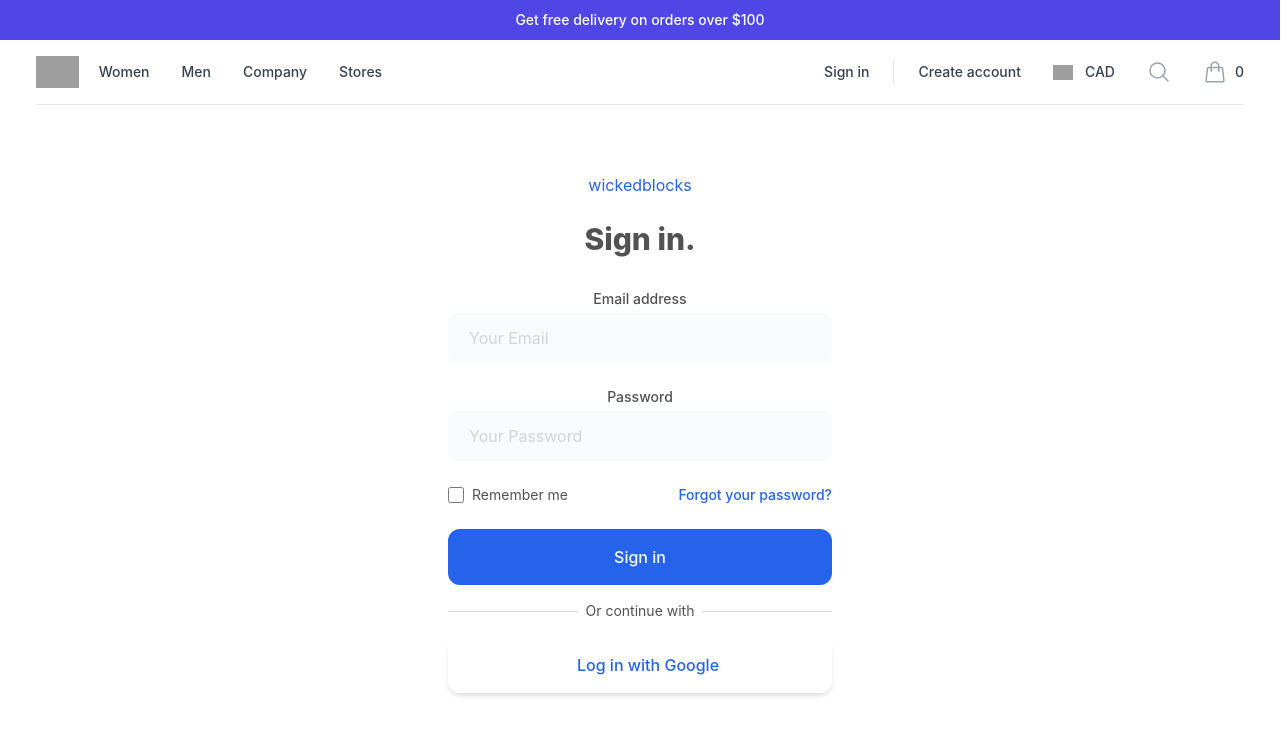
Repository: mehedi9465/Maiden_Wears
Page: /login
An editor plug-in stored every save of this project. The page is shown before and after the next save, followed by the edit.
The browser window is 1280 px wide. The page is 1280 px wide, then 1288 px, so the pictures cover 1288 px, including what lies to the right of the window. The pictures show the whole page.
Pictures or frames that could not be fetched are drawn as grey boxes. The page's requests for data from a server got no answer. The project was rebuilt for these pictures with package versions that can differ from the ones it lists, and the page was loaded fresh each time. No one was signed in, and anything a server would have sent is missing. Also part of the build but not shown: src/Components/Home/Promo/Promo.js, src/Components/Home/NewArrivals/NewArrivals.js, src/Components/Home/Brands/Brands.js, src/Components/Home/Home/Home.js, src/Components/Authentication/Register/Register.js, src/Components/Products/Products.js.

Above is the page before, as saved 2022-12-29 19:45:36.

### src/App.js
import logo from "./logo.svg";
import "./App.css";
import Navigation from "./Components/Home/Navigation/Navigation";
import Promo from "./Components/Home/Promo/Promo";
import NewArrivals from "./Components/Home/NewArrivals/NewArrivals";
import Brands from "./Components/Home/Brands/Brands";
import Home from "./Components/Home/Home/Home";
import AuthProvider from "./Components/Authentication/context/AuthProvider";
import {
  BrowserRouter,
  BrowserRouter as Router,
  Route,
  Routes,
  useLocation,
} from "react-router-dom";
import Login from "./Components/Authentication/Login/Login";
import Register from "./Components/Authentication/Register/Register";
import Products from "./Components/Products/Products";

function App() {
  return (
    <div className="App">
      <Router>
        <AuthProvider>
          <Navigation />
          <Routes>
            <Route exact path="/" element={<Home />} />
            <Route exact path="/:routeId" element={<Products />} />
            <Route exact path="/login" element={<Login />} />
            <Route exact path="/register" element={<Register />} />
          </Routes>
        </AuthProvider>
      </Router>
    </div>
  );
}

export default App;

### src/Components/Home/Navigation/Navigation.js
import React from "react";
import { Fragment, useState } from "react";
import { Dialog, Transition } from "@headlessui/react";
import { Link } from "react-router-dom";
import {
  Bars3Icon,
  MagnifyingGlassIcon,
  ShoppingBagIcon,
  XMarkIcon,
} from "@heroicons/react/24/outline";

const pages = [
  { name: "women", href: "#" },
  { name: "men", href: "#" },
  { name: "company", href: "#" },
  { name: "stores", href: "#" },
];

const Navigation = () => {
  const [open, setOpen] = useState(false);

  return (
    <div className="bg-white">
      {/* Mobile menu */}
      <Transition.Root show={open} as={Fragment}>
        <Dialog as="div" className="relative z-40 lg:hidden" onClose={setOpen}>
          <Transition.Child
            as={Fragment}
            enter="transition-opacity ease-linear duration-300"
            enterFrom="opacity-0"
            enterTo="opacity-100"
            leave="transition-opacity ease-linear duration-300"
            leaveFrom="opacity-100"
            leaveTo="opacity-0"
          >
            <div className="fixed inset-0 bg-black bg-opacity-25" />
          </Transition.Child>

          <div className="fixed inset-0 z-40 flex">
            <Transition.Child
              as={Fragment}
              enter="transition ease-in-out duration-300 transform"
              enterFrom="-translate-x-full"
              enterTo="translate-x-0"
              leave="transition ease-in-out duration-300 transform"
              leaveFrom="translate-x-0"
              leaveTo="-translate-x-full"
            >
              <Dialog.Panel className="relative flex w-full max-w-xs flex-col overflow-y-auto bg-white pb-12 shadow-xl">
                <div className="flex px-4 pt-5 pb-2">
                  <button
                    type="button"
                    className="-m-2 inline-flex items-center justify-center rounded-md p-2 text-gray-400"
                    onClick={() => setOpen(false)}
                  >
                    <span className="sr-only">Close menu</span>
                    <XMarkIcon className="h-6 w-6" aria-hidden="true" />
                  </button>
                </div>

                <div className="space-y-6 border-t border-gray-200 py-6 px-4">
                  {pages.map((page) => (
                    <div key={page.name} className="flow-root ">
                      <Link
                        to={`/${page}`}
                        className="-m-2 block p-2 font-medium text-gray-900"
                      >
                        <span className="capitalize">{page.name}</span>
                      </Link>
                    </div>
                  ))}
                </div>

                <div className="space-y-6 border-t border-gray-200 py-6 px-4">
                  <div className="flow-root">
                    <Link
                      to="/login"
                      className="-m-2 block p-2 font-medium text-gray-900"
                    >
                      Sign in
                    </Link>
                  </div>
                  <div className="flow-root">
                    <Link
                      to="/register"
                      className="-m-2 block p-2 font-medium text-gray-900"
                    >
                      Create account
                    </Link>
                  </div>
                </div>

                <div className="border-t border-gray-200 py-6 px-4">
                  <a href="#" className="-m-2 flex items-center p-2">
                    <img
                      src="https://tailwindui.com/img/flags/flag-canada.svg"
                      alt=""
                      className="block h-auto w-5 flex-shrink-0"
                    />
                    <span className="ml-3 block text-base font-medium text-gray-900">
                      CAD
                    </span>
                    <span className="sr-only">, change currency</span>
                  </a>
                </div>
              </Dialog.Panel>
            </Transition.Child>
          </div>
        </Dialog>
      </Transition.Root>

      {/* Mobile Menu  */}

      <header className="relative bg-white">
        <p className="flex h-10 items-center justify-center bg-indigo-600 px-4 text-sm font-medium text-white sm:px-6 lg:px-8">
          Get free delivery on orders over $100
        </p>

        <nav
          aria-label="Top"
          className="mx-auto max-w-7xl px-4 sm:px-6 lg:px-9"
        >
          <div className="border-b border-gray-200">
            <div className="flex h-16 items-center">
              <button
                type="button"
                className="rounded-md bg-white p-2 text-gray-400 lg:hidden"
                onClick={() => setOpen(true)}
              >
                <span className="sr-only">Open menu</span>
                <Bars3Icon className="h-6 w-6" aria-hidden="true" />
              </button>

              {/* Logo */}
              <div className="ml-4 flex lg:ml-0">
                <Link to="/">
                  <img
                    className="h-8 w-auto mr-5"
                    src="https://tailwindui.com/img/logos/mark.svg?color=indigo&shade=600"
                    alt=""
                  />
                </Link>
              </div>

              {/* Flyout menus */}
              <div className="flex h-full space-x-8">
                {pages.map((page) => (
                  <Link
                    to={`/${page}`}
                    key={page.name}
                    href={page.href}
                    className="flex items-center text-sm font-medium text-gray-700 hover:text-gray-800"
                  >
                    <span className="capitalize">{page.name}</span>
                  </Link>
                ))}
              </div>

              <div className="ml-auto flex items-center">
                <div className="hidden lg:flex lg:flex-1 lg:items-center lg:justify-end lg:space-x-6">
                  <Link
                    to="/login"
                    className="text-sm font-medium text-gray-700 hover:text-gray-800"
                  >
                    Sign in
                  </Link>
                  <span className="h-6 w-px bg-gray-200" aria-hidden="true" />
                  <Link
                    to="/register"
                    className="text-sm font-medium text-gray-700 hover:text-gray-800"
                  >
                    Create account
                  </Link>
                </div>

                <div className="hidden lg:ml-8 lg:flex">
                  <a
                    href="#"
                    className="flex items-center text-gray-700 hover:text-gray-800"
                  >
                    <img
                      src="https://tailwindui.com/img/flags/flag-canada.svg"
                      alt=""
                      className="block h-auto w-5 flex-shrink-0"
                    />
                    <span className="ml-3 block text-sm font-medium">CAD</span>
                    <span className="sr-only">, change currency</span>
                  </a>
                </div>

                {/* Search */}
                <div className="flex lg:ml-6">
                  <a href="#" className="p-2 text-gray-400 hover:text-gray-500">
                    <span className="sr-only">Search</span>
                    <MagnifyingGlassIcon
                      className="h-6 w-6"
                      aria-hidden="true"
                    />
                  </a>
                </div>

                {/* Cart */}
                <div className="ml-4 flow-root lg:ml-6">
                  <a href="#" className="group -m-2 flex items-center p-2">
                    <ShoppingBagIcon
                      className="h-6 w-6 flex-shrink-0 text-gray-400 group-hover:text-gray-500"
                      aria-hidden="true"
                    />
                    <span className="ml-2 text-sm font-medium text-gray-700 group-hover:text-gray-800">
                      0
                    </span>
                    <span className="sr-only">items in cart, view bag</span>
                  </a>
                </div>
              </div>
            </div>
          </div>
        </nav>
      </header>
      {/* Big Screen menu */}
    </div>
  );
};

export default Navigation;

### src/Components/Authentication/context/AuthProvider.js
import React, { createContext } from 'react';
import useFirebase from '../hooks/useFirebase';

export const AuthContext = createContext();

const AuthProvider = ({ children }) => {
    const allContext = useFirebase();
    return (
        <AuthContext.Provider value={allContext}>
            { children }
        </AuthContext.Provider>
    );
};

export default AuthProvider;

### src/Components/Authentication/Login/Login.js
import React from "react";

const Login = () => {
  return (
    <div>
      <section class=" overflow-hidden">
    <div class="flex min- overflow-hidden flex justify-center mt-5">
        <div class="flex flex-col justify-center flex-1 px-4 py-12 overflow-hidden sm:px-6 lg:flex-none lg:px-20 xl:px-24">
            <div class="w-full max-w-xl mx-auto lg:w-96">
                <div>
                    <a href="./index.html" class="text-blue-600 text-medium">wickedblocks</a>
                    <h2 class="mt-6 text-3xl font-extrabold text-neutral-600">Sign in.</h2>
                </div>

                <div class="mt-8">
                    <div class="mt-6">
                        <form action="#" method="POST" class="space-y-6">
                            <div>
                                <label for="email" class="block text-sm font-medium text-neutral-600"> Email address </label>
                                <div class="mt-1">
                                    <input id="email" name="email" type="email" autocomplete="email" required="" placeholder="Your Email" class="block w-full px-5 py-3 text-base text-neutral-600 placeholder-gray-300 transition duration-500 ease-in-out transform border border-transparent rounded-lg bg-gray-50 focus:outline-none focus:border-transparent focus:ring-2 focus:ring-white focus:ring-offset-2 focus:ring-offset-gray-300"/>
                                </div>
                            </div>

                            <div class="space-y-1">
                                <label for="password" class="block text-sm font-medium text-neutral-600"> Password </label>
                                <div class="mt-1">
                                    <input id="password" name="password" type="password" autocomplete="current-password" required="" placeholder="Your Password" class="block w-full px-5 py-3 text-base text-neutral-600 placeholder-gray-300 transition duration-500 ease-in-out transform border border-transparent rounded-lg bg-gray-50 focus:outline-none focus:border-transparent focus:ring-2 focus:ring-white focus:ring-offset-2 focus:ring-offset-gray-300"/>
                                </div>
                            </div>

                            <div class="flex items-center justify-between">
                                <div class="flex items-center">
                                    <input id="remember-me" name="remember-me" type="checkbox" placeholder="Your password" class="w-4 h-4 text-blue-600 border-gray-200 rounded focus:ring-blue-500" />
                                    <label for="remember-me" class="block ml-2 text-sm text-neutral-600"> Remember me </label>
                                </div>

                                <div class="text-sm">
                                    <a href="#" class="font-medium text-blue-600 hover:text-blue-500"> Forgot your password? </a>
                                </div>
                            </div>

                            <div>
                                <button type="submit" class="flex items-center justify-center w-full px-10 py-4 text-base font-medium text-center text-white transition duration-500 ease-in-out transform bg-blue-600 rounded-xl hover:bg-blue-700 focus:outline-none focus:ring-2 focus:ring-offset-2 focus:ring-blue-500">Sign in</button>
                            </div>
                        </form>
                        <div class="relative my-4">
                            <div class="absolute inset-0 flex items-center">
                                <div class="w-full border-t border-gray-300"></div>
                            </div>
                            <div class="relative flex justify-center text-sm">
                                <span class="px-2 text-neutral-600 bg-white"> Or continue with </span>
                            </div>
                        </div>
                        <div>
                            <button type="submit" class="w-full items-center block px-10 py-3.5 text-base font-medium text-center text-blue-600 transition duration-500 ease-in-out transform border-2 border-white shadow-md rounded-xl focus:outline-none focus:ring-2 focus:ring-offset-2 focus:ring-gray-500">
                                <div class="flex items-center justify-center">
                                    {/* <svg xmlns="http://www.w3.org/2000/svg" xmlns:xlink="http://www.w3.org/1999/xlink" class="w-6 h-6" viewBox="0 0 48 48">
                                        <defs>
                                            <path id="a" d="M44.5 20H24v8.5h11.8C34.7 33.9 30.1 37 24 37c-7.2 0-13-5.8-13-13s5.8-13 13-13c3.1 0 5.9 1.1 8.1 2.9l6.4-6.4C34.6 4.1 29.6 2 24 2 11.8 2 2 11.8 2 24s9.8 22 22 22c11 0 21-8 21-22 0-1.3-.2-2.7-.5-4z"></path>
                                        </defs>
                                        <clipPath id="b">
                                            <use xlink:href="#a" overflow="visible"></use>
                                        </clipPath>
                                        <path clip-path="url(#b)" fill="#FBBC05" d="M0 37V11l17 13z"></path>
                                        <path clip-path="url(#b)" fill="#EA4335" d="M0 11l17 13 7-6.1L48 14V0H0z"></path>
                                        <path clip-path="url(#b)" fill="#34A853" d="M0 37l30-23 7.9 1L48 0v48H0z"></path>
                                        <path clip-path="url(#b)" fill="#4285F4" d="M48 48L17 24l-4-3 35-10z"></path>
                                    </svg> */}
                                    <span class="ml-4"> Log in with Google</span>
                                </div>
                            </button>
                        </div>
                    </div>
                </div>
            </div>
        </div>
    </div>
</section>
    </div>
  );
};

export default Login;

### src/Components/Authentication/hooks/useFirebase.js
import { useEffect, useState } from "react";
import initializeAuth from "../Firebase/Firebase.initialize";
import {
  GoogleAuthProvider,
  getAuth,
  signInWithPopup,
  onAuthStateChanged,
  signOut,
  createUserWithEmailAndPassword,
  updateProfile,
  signInWithEmailAndPassword,
} from "firebase/auth";
import swal from "sweetalert";
import axios from "axios";

initializeAuth();

const useFirebase = () => {
  const [user, setUser] = useState({});
  const [error, setError] = useState("");
  const [isLoading, setIsLoading] = useState(true);
  const [isAdmin, setIsAdmin] = useState();

  const auth = getAuth();
  const googleProvider = new GoogleAuthProvider();

  const googleSignIn = (location, history) => {
    setIsLoading(true);
    signInWithPopup(auth, googleProvider)
      .then((res) => {
        const user = res.user;
        saveUser(user.email, user.displayName, "PUT");
        setError("");
        const des = location?.state?.from || "/";
        history.replace(des);
      })
      .catch((e) => setError(e.message))
      .finally(() => setIsLoading(false));
  };

  const registerUser = (name, email, password) => {
    setIsLoading(true);
    createUserWithEmailAndPassword(auth, email, password)
      .then((userCredential) => {
        setError("");
        saveUser(email, name, "POST");
        updateProfile(auth.currentUser, {
          displayName: name,
        })
          .then(() => {})
          .catch((e) => setError(e.message));
      })
      .catch((e) => setError(e.message))
      .finally(() => setIsLoading(false));
  };

  const loginUser = (email, password, location, history) => {
    setIsLoading(true);
    signInWithEmailAndPassword(auth, email, password)
      .then((userCredential) => {
        setError("");
        const des = location?.state?.from || "/";
        history.replace(des);
      })
      .catch((e) => setError(e.message))
      .finally(() => setIsLoading(false));
  };

  const logOut = () => {
    signOut(auth)
      .then(() => {})
      .catch((e) => setError(e.message));
  };

  const saveUser = (email, displayName, method) => {
    const user = { email, displayName };
    fetch("https://bikezone-server-hg7c.onrender.com/users", {
      method: method,
      headers: {
        "content-type": "application/json",
      },
      body: JSON.stringify(user),
    })
      .then((res) => res.json())
      .then((data) => {
        console.log(data);
        if (data.insertedId || data.acknowledged) {
          swal({
            title: "Welcome!",
            icon: "success",
            button: "ok",
          });
        } else {
          swal({
            title: "Something Went Wrong!",
            icon: "error",
            button: "ok",
          });
        }
      });
  };

  useEffect(() => {
    onAuthStateChanged(auth, (user) => {
      if (user) {
        setUser(user);
      } else {
        setUser({});
      }
      setIsLoading(false);
    });
  }, [auth]);

  useEffect(() => {
    if (user?.email) {
      axios
        .get(
          `https://bikezone-server-hg7c.onrender.com/users?email=${user?.email}`
        )
        .then(({ data }) => setIsAdmin(data.admin));
    }
  }, [user?.email]);

  return {
    user,
    error,
    isLoading,
    isAdmin,
    googleSignIn,
    registerUser,
    loginUser,
    logOut,
  };
};

export default useFirebase;

### src/Components/Authentication/Firebase/Firebase.initialize.js
import { initializeApp } from "firebase/app";
import firebaseConfig from "./Firebase.config";

const initializeAuth = () => {
    initializeApp(firebaseConfig);
}

export default initializeAuth;

### src/Components/Authentication/Firebase/Firebase.config.js
const firebaseConfig = {
  apiKey: process.env.REACT_APP_API_KEY,
  authDomain: process.env.REACT_APP_AUTH_DOMAIN,
  projectId: process.env.REACT_APP_PROJECT_ID,
  storageBucket: process.env.REACT_APP_STORAGE_BUCKET,
  messagingSenderId: process.env.REACT_APP_MESSAGING_SENDER_ID,
  appId: process.env.REACT_APP_ID,
};

export default firebaseConfig;

Loaded but not shown: public/index.html (common file); src/index.js (common file); src/index.css (common file); src/reportWebVitals.js (common file); src/App.css (common file); tailwind.config.js (common file)

After the next save:
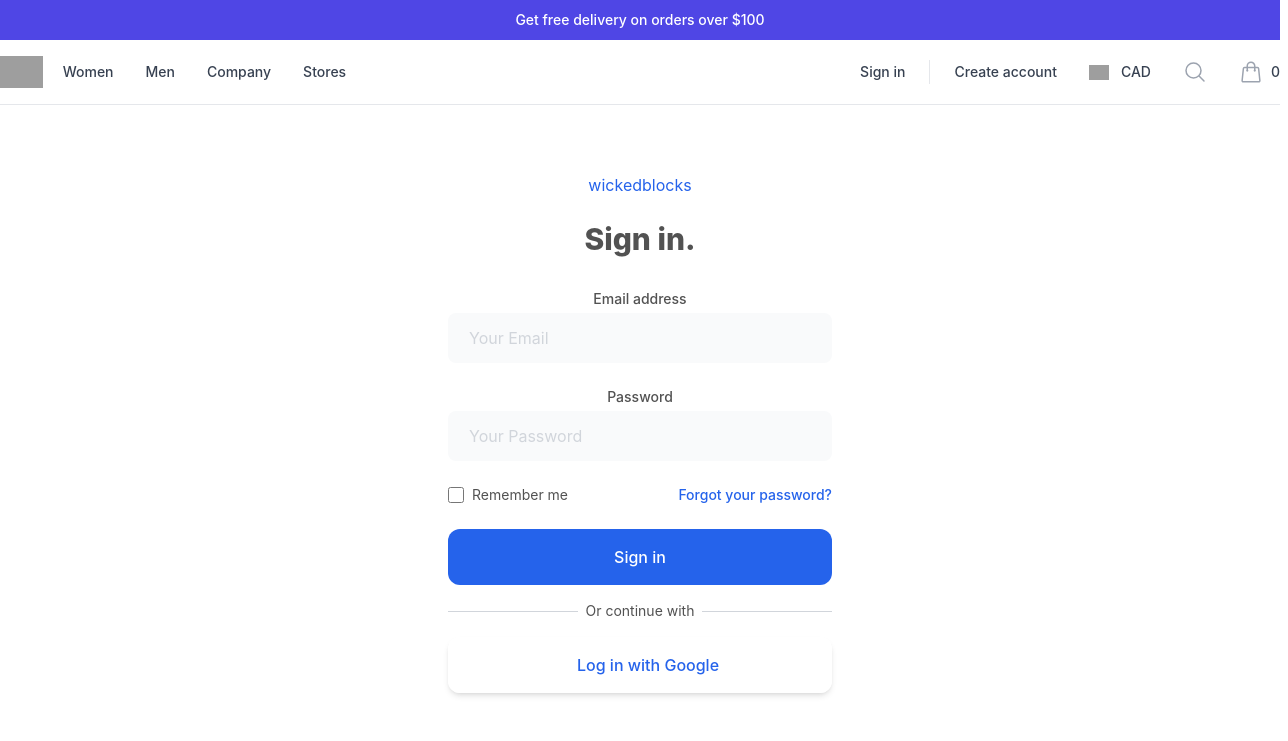
Saved 4 s later.
--- a/src/Components/Home/Navigation/Navigation.js
+++ b/src/Components/Home/Navigation/Navigation.js
@@ -118,7 +118,7 @@ const Navigation = () => {
 
         <nav
           aria-label="Top"
-          className="mx-auto max-w-7xl px-4 sm:px-6 lg:px-9"
+          className="mx-auto max-w-7xl px-4 sm:px-6 lg:px-0"
         >
           <div className="border-b border-gray-200">
             <div className="flex h-16 items-center">
